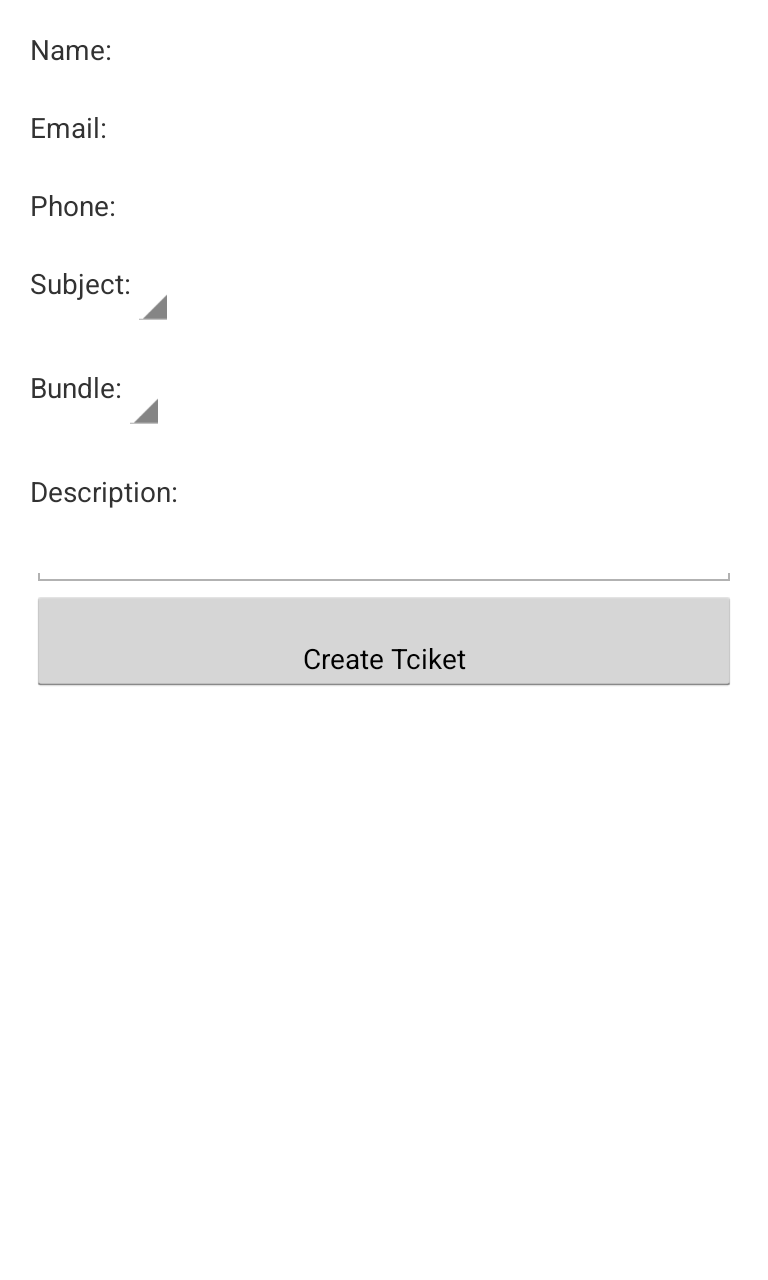
Repository: Pradeep-appstute/First
Layout: Control/res/layout/submit_view.xml
These files come from the project's save history. The layout is drawn as it stood at one moment and after the next save; the edit follows.
It is drawn on a 768 x 1280 px phone screen (xhdpi) without system bars, with theme AppTheme; the app's code is not run.

Above is the layout before, as saved 2014-02-27 09:24:27.

After the next save:
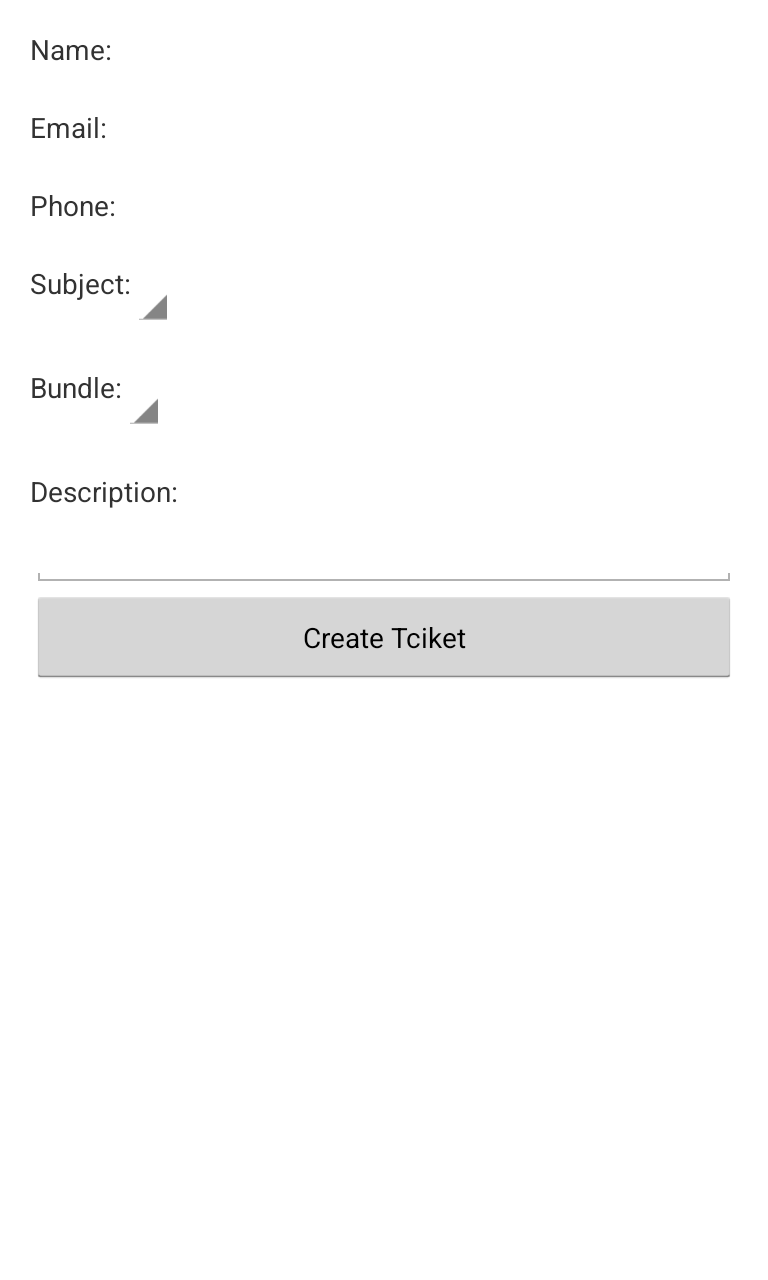
Saved 27 s later.
--- a/Control/res/layout/submit_view.xml
+++ b/Control/res/layout/submit_view.xml
@@ -115,7 +115,7 @@
     <Button
         android:id="@+id/button1"
         style="?android:attr/buttonStyleSmall"
-        android:paddingTop="25dip"
+        android:marginTop="25dip"
         android:layout_width="fill_parent"
         android:layout_height="wrap_content"
         android:text="@string/createticket" />
